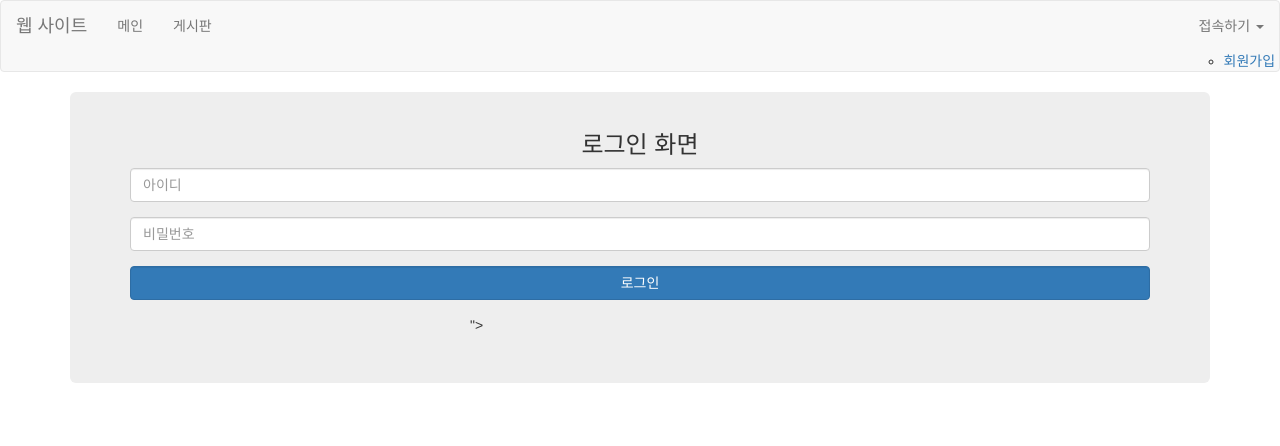
Repository: hayeon/JSP_BBS
Page: http://localhost/BBS/login.jsp
An editor plug-in stored every save of this project. The page is shown before and after the next save, followed by the edit.
The browser window is 1280 px wide. The pictures show the whole page.
The page is served by Tomcat 9.

Above is the page before, as saved 2021-07-21 12:44:24.
Console error (its wording comes from the project's code and is left out).

After the next save:
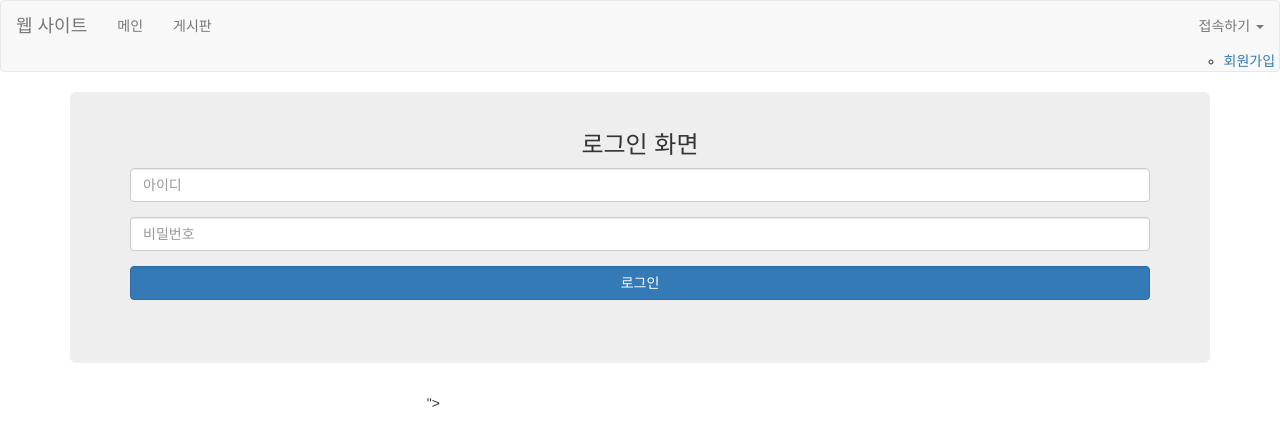
Saved 46 s later.
--- a/notice_board/BBS/WebContent/login.jsp
+++ b/notice_board/BBS/WebContent/login.jsp
@@ -81,6 +81,9 @@
 					<div class="form-group">
 					<input type="submit" class="btn btn-primary form-control" value ="로그인">
 					</div>
+					</form>
+					</div>
+					</div>
 
 
 		<div class="col-lg-4"></div>
